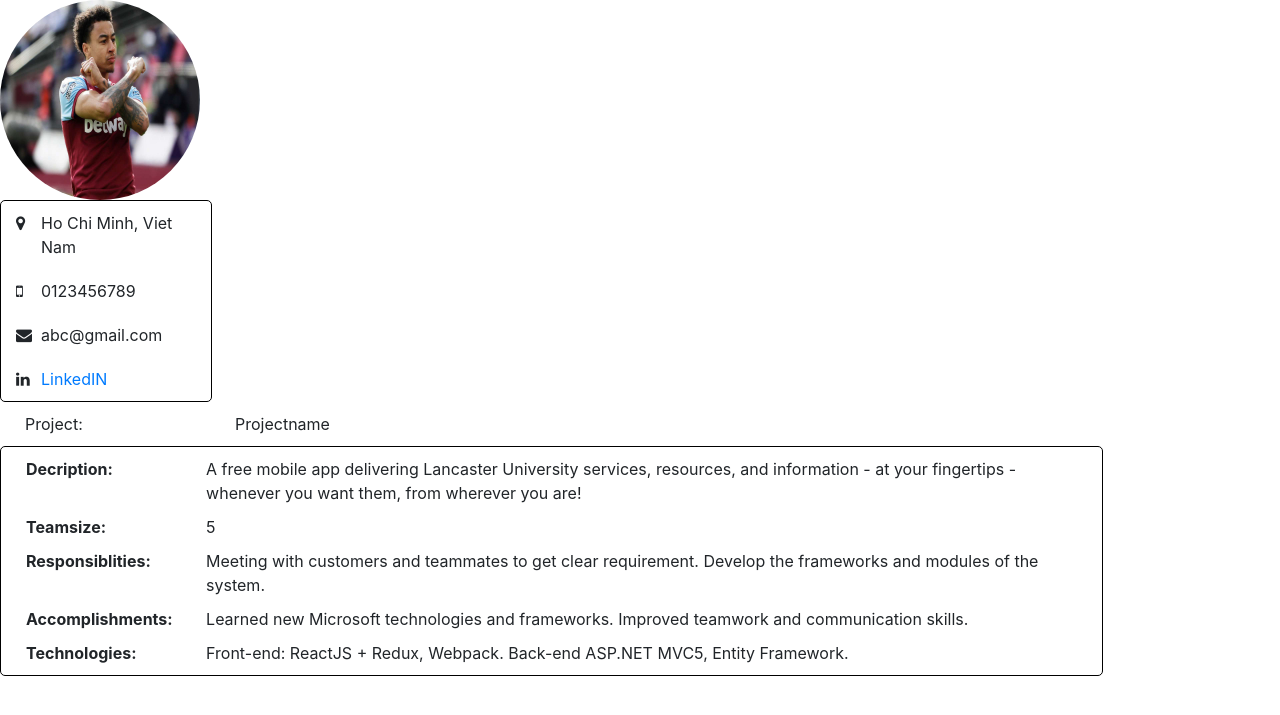
Repository: khoibanh113/mycv
Page: /
An editor plug-in stored every save of this project. The page is shown before and after the next save, followed by the edit.
The browser window is 1280 px wide. The pictures show the whole page.
The project was rebuilt for these pictures with package versions that can differ from the ones it lists, and the page was loaded fresh each time. Also part of the build but not shown: src/component/study.js.

Above is the page before, as saved 2021-03-31 15:02:04.

### src/App.js
import React,{Component} from 'react'
import Avatar from './component/avatar'
import AvaImg from './image/avatar.jpg'
import Contact from './component/contact'
import Study from './component/study'
import Experience from './component/experience'
class App extends Component {
  render(){
    return (
      <div className="App">
        <Avatar img={AvaImg} />
        <Contact
          name='Nguyen Vo Hoang Khoi'
          location='Ho Chi Minh, Viet Nam'
          phone='0123456789'
          email='abc@gmail.com'
          linkedin='LinkedIN'
        />
        <Experience />


      </div>
    );
  }
}

export default App;

### src/component/avatar.js
import React from 'react'
import '../css/avatar.css'

class avatar extends React.Component {
    constructor(props){
        super(props);
        this.image = props.img;
    }

  render(){
    return (
        <div className="avaContainer">
          <img src={this.image} alt="this is your avatar" />
        </div>
    );
  }
}

export default avatar;

### src/component/contact.js
import  {Component} from 'react'
import '../../node_modules/font-awesome/css/font-awesome.min.css';
import 'bootstrap/dist/css/bootstrap.min.css';
import '../css/contact.css'

class contact extends Component{
    constructor(props){
        super(props);
        this.location = props.location;
        this.phone = props.phone;
        this.email = props.email;
        this.linkedin = props.linkedin;
    }



    render(){
        return(
            <div className="container-contact">

                <div class="row row-contact">
                        <div className="col-1 icon-contact">
                            <li className="fa fa-map-marker"></li>
                        </div>
                        <div className="col detail-contact">
                            <span>{this.location}</span>
                        </div>
                </div>
                <div class="row row-contact">
                    <div className="col-1 icon-contact">
                        <li className="fa fa-mobile" ></li>
                    </div>
                    <div className="col detail-contact">
                        <span>{this.phone}</span>
                    </div>
                </div>
                <div className="row row-contact">
                    <div className="col-1 icon-contact">
                        <li className="fa fa-envelope"></li>
                    </div>
                    <div class="col  detail-contact">
                        <span>{this.email}</span>
                    </div>
                </div>
                <div className="row row-contact">
                    <div className="col-1 icon-contact">
                        <li className="fa fa-linkedin"></li>
                    </div>
                    <div className="col  detail-contact">
                        <a href={this.linkedin} >{this.linkedin}</a>
                    </div>
                </div>

            </div>

        )
    }
}

export default contact;

### src/component/experience.js
import {Component} from 'react'
import 'bootstrap/dist/css/bootstrap.min.css';
import '../css/experience.css'
class experience extends Component{


    render(){
        return(
            //     <div className="container-contact">

            //     <div class="row row-contact">
            //             <div className="col-1 icon-contact">
            //                 <li className="fa fa-map-marker"></li>
            //             </div>
            //             <div className="col detail-contact">
            //                 <span>{this.location}</span>
            //             </div>
            //     </div>
            //     <div class="row row-contact">
            //         <div className="col-1 icon-contact">
            //             <li className="fa fa-mobile" ></li>
            //         </div>
            //         <div className="col detail-contact">
            //             <span>{this.phone}</span>
            //         </div>
            //     </div>
            //     <div className="row row-contact">
            //         <div className="col-1 icon-contact">
            //             <li className="fa fa-envelope"></li>
            //         </div>
            //         <div class="col  detail-contact">
            //             <span>{this.email}</span>
            //         </div>
            //     </div>
            //     <div className="row row-contact">
            //         <div className="col-1 icon-contact">
            //             <li className="fa fa-linkedin"></li>
            //         </div>
            //         <div className="col  detail-contact">
            //             <a href={this.linkedin} >{this.linkedin}</a>
            //         </div>
            //     </div>

            // </div>




            <div >



                <div className="row row-experience">
                    <div className="col-2">Project:</div>
                    <div className="col">Projectname</div>

                </div>
                <div className='container-experience'>
                    <div className="row row-experience">
                        <div className="col-2 col-item"><b>Decription:</b></div>
                        <div className="col detail-content">
                            <span>
                            A free mobile app delivering Lancaster University services, resources, and information - at your fingertips - whenever you want them, from wherever you are!
                            </span>
                        </div>


                    </div>
                    <div className="row row-experience">
                        <b className="col-2 col-item">Teamsize:</b>
                        <span className="col">5</span>
                    </div>
                    <div className="row row-experience">
                        <b className="col-2 col-item">Responsiblities:</b>
                        <span className="col">Meeting with customers and teammates to get clear requirement. Develop the frameworks and modules of the system.</span>
                    </div>
                    <div className="row row-experience">
                        <b className="col-2 col-item">Accomplishments:</b>
                        <span className="col">Learned new Microsoft technologies and frameworks. Improved teamwork and communication skills.</span>
                    </div>
                    <div className="row row-experience">
                        <b className="col-2 col-item">Technologies:</b>
                        <span className="col">Front-end: ReactJS + Redux, Webpack. Back-end ASP.NET MVC5, Entity Framework.</span>
                    </div>
                </div>


                 {/* <li className='row row-experience'>
            //         <b className="col">Project:</b>
            //         <span className="col">Projectname</span>
            //     </li>
            //     <li className='row row-experience'>
            //         <b className="col">Decription:</b>
            //         <span className="col">
            //         A free mobile app delivering Lancaster University services, resources, and information - at your fingertips - whenever you want them, from wherever you are!
            //         </span>
            //     </li>
            //     <li className='row row-experience'>
            //         <b className="col">Teamsize:</b>
            //         <span className="col">5</span>
            //     </li>
            //     <li className='row row-experience'>
            //         <b className="col">Responsiblities:</b>
            //         <span className="col">Meeting with customers and teammates to get clear requirement. Develop the frameworks and modules of the system.</span>
            //     </li>
            //     <li className='row row-experience'>
            //         <b className="col">Accomplishments:</b>
            //         <span className="col">Learned new Microsoft technologies and frameworks. Improved teamwork and communication skills.</span>
            //     </li>
            //     <li className='row row-experience'>
            //         <b className="col">Technologies:</b>
            //         <span className="col">Front-end: ReactJS + Redux, Webpack. Back-end ASP.NET MVC5, Entity Framework.</span>
            //     </li> */}


             </div>
        )
    }
}

export default experience;

### src/css/avatar.css

.avaContainer img {
    height: 100%;
    width: 100%;
    border-radius: 100px;
}
.avaContainer{
    height: 200px;
    width: 200px;

}

.nameContainer{
    text-align: center;
}

### src/css/contact.css
.row-contact{
    padding: 10px 0px 10px 30px;
}
.detail-contact{
    width: 200px;
}
.icon-contact{
    padding: 0px 0px;
    max-width: 10px;

}
.container-contact{
    max-width: fit-content;
    /* width: fit-content; */
    border: 1px solid black;
    border-radius: 5px;
}

### src/css/experience.css
.container-experience{
    max-width: fit-content;
    border: 1px solid black;
    border-radius: 5px;
}
.row-experience{
    margin: 10px;
}
/* .col-item{
    max-width: 150px;
} */
.detail-content{
    width: 181px;
}

Loaded but not shown: public/index.html (common file); src/index.js (common file); src/index.css (common file); src/reportWebVitals.js (common file)

After the next save:
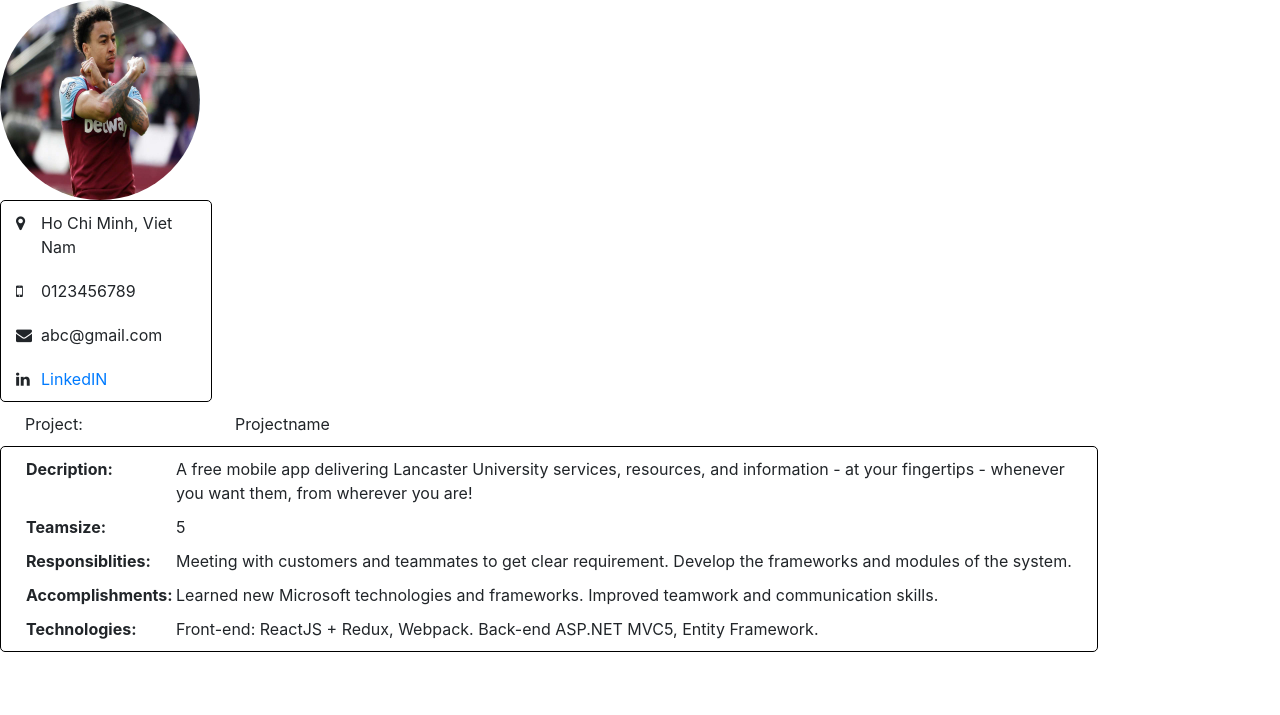
Saved 2 min 14 s later.
--- a/src/css/experience.css
+++ b/src/css/experience.css
@@ -6,9 +6,9 @@
 .row-experience{
     margin: 10px;
 }
-/* .col-item{
+.col-item{
     max-width: 150px;
-} */
+}
 .detail-content{
     width: 181px;
 }
